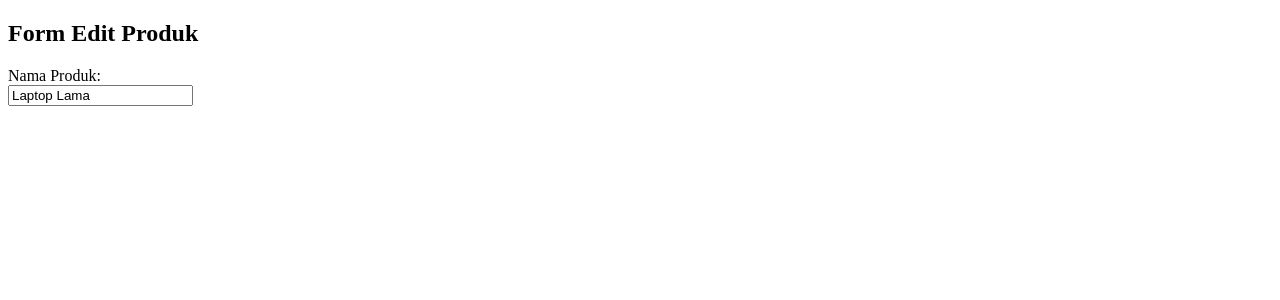
Repository: Bearli-py/latihan_laravel
Page: http://localhost/produk/edit
These files come from the project's save history. The page is drawn as it stood at one moment and after the next save; the edit follows.
The browser window is 1280 px wide. The pictures show the whole page.
The page is served by the project's Laravel application, run on PHP 8.4 with Laravel 10. Other server files are loaded and not shown.

Above is the page before, as saved 2025-10-22 15:14:08.

### routes/web.php
<?php
use Illuminate\Http\Request;
use Illuminate\Support\Facades\Route;

/*
|--------------------------------------------------------------------------
| Web Routes
|--------------------------------------------------------------------------
|
| Here is where you can register web routes for your application. These
| routes are loaded by the RouteServiceProvider and all of them will
| be assigned to the "web" middleware group. Make something great!
|
*/

Route::get('/', function () {
    return view('welcome');
});

Route::get('/', function () {
return "Hello World";
});

Route::get('/user', function () {
return "Hello User";
});

// Langkah 1: Route GET untuk menampilkan form
Route::get('/form-produk', function () {
    return view('form-produk');
});

// Langkah 2: Route POST untuk menerima data form
Route::post('/kirim-produk', function (Request $request) {
    $nama = $request->input('nama');
    $harga = $request->input('harga');
    $kategori = $request->input('kategori');

    return "Produk bernama <b>$nama</b> dengan harga <b>Rp$harga</b> termasuk kategori <b>$kategori</b> berhasil dikirim!";
});

// Langkah 3: Route GET untuk menampilkan form edit
Route::get('/produk/edit', function () {
    return view('edit-produk');
});

// Langkah 4: Route PUT untuk menerima data edit
Route::put('/produk/update', function (Request $request) {
    $namaBaru = $request->input('nama');
    $hargaBaru = $request->input('harga');
    $kategoriBaru = $request->input('kategori');

    return "Data produk berhasil diperbarui menjadi:<br>
            <b>Nama:</b> $namaBaru <br>
            <b>Harga:</b> Rp$hargaBaru <br>
            <b>Kategori:</b> $kategoriBaru";
});

### resources/views/edit-produk.blade.php
<!DOCTYPE html>
<html lang="id">
<head>
    <meta charset="UTF-8">
    <meta name="viewport" content="width=device-width, initial-scale=1.0">
    <title>Edit Data Produk</title>
</head>
<body>
    <h2>Form Edit Produk</h2>

    <form action="/produk/update" method="POST">
        @csrf
        @method('PUT')

        <label>Nama Produk:</label><br>
        <input type="text" name="nama" value="Laptop Lama"><br><br>

After the next save:
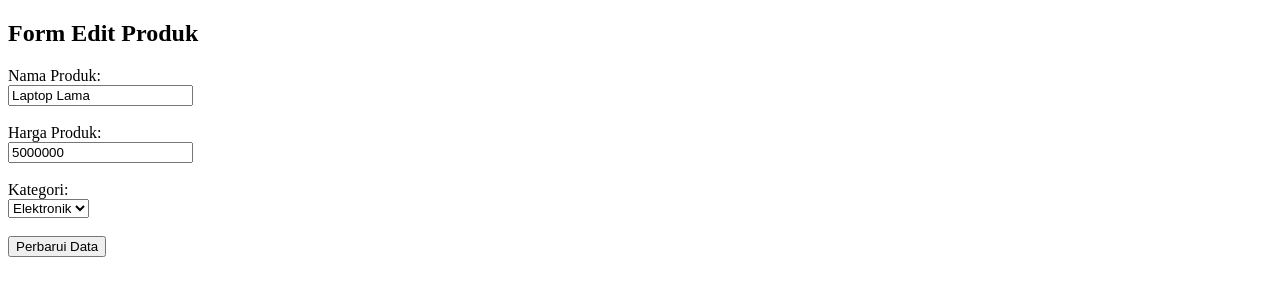
Saved 15 s later.
--- a/resources/views/edit-produk.blade.php
+++ b/resources/views/edit-produk.blade.php
@@ -14,3 +14,15 @@
 
         <label>Nama Produk:</label><br>
         <input type="text" name="nama" value="Laptop Lama"><br><br>
+<label>Harga Produk:</label><br>
+<input type="number" name="harga" value="5000000"><br><br>
+<label>Kategori:</label><br>
+<select name="kategori">
+<option value="Elektronik">Elektronik</option>
+<option value="Makanan">Makanan</option>
+<option value="Minuman">Minuman</option>
+</select><br><br>
+<button type="submit">Perbarui Data</button>
+</form>
+</body>
+</html>
